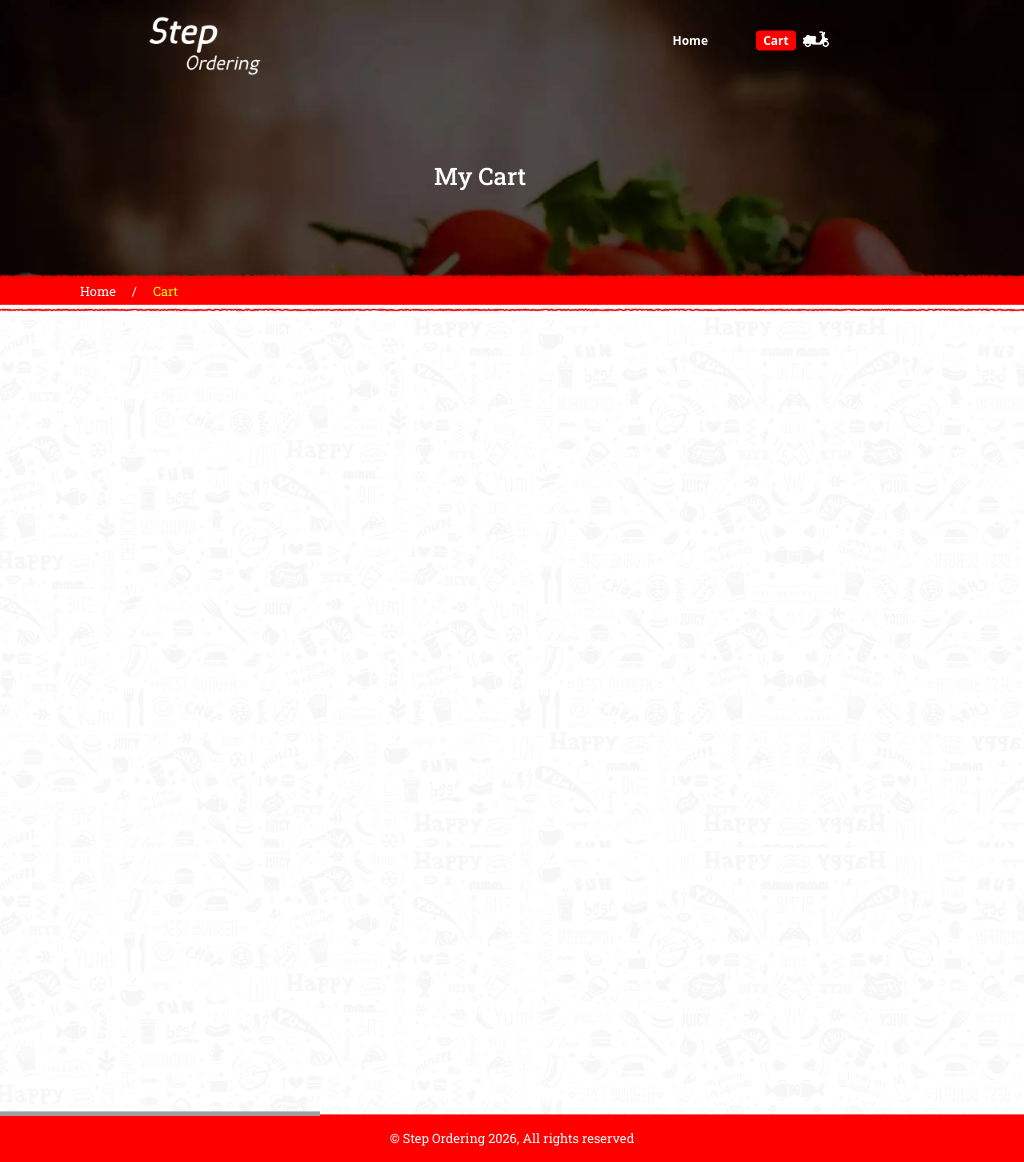
Repository: anastasia29-step/OnlineRestaurant
Page: Cart.html
An editor plug-in stored every save of this project. The page is shown before and after a run of saves, followed by the edit.
The browser window is 1280 px wide. The pictures show the whole page, at 80% of full size.
Pictures or frames that could not be fetched are drawn as grey boxes. Some web libraries are served in a nearby version.

Above is the page before, as saved 2026-03-11 20:58:03.

### Cart.html
<!DOCTYPE html>
<html lang="en">
<head>
    <meta charset="UTF-8">
    <meta name="viewport" content="width=device-width, initial-scale=1.0">
    <title>Document</title>
    <link rel="stylesheet" href="./cart.css">
    <link rel="stylesheet" href="./style.css">
    <link rel="preconnect" href="https://fonts.googleapis.com">
    <link rel="preconnect" href="https://fonts.gstatic.com" crossorigin>
    <link href="https://fonts.googleapis.com/css2?family=Roboto+Slab:wght@100..900&display=swap" rel="stylesheet">
    <link rel="stylesheet" href="https://cdnjs.cloudflare.com/ajax/libs/font-awesome/7.0.1/css/all.min.css"
    integrity="sha512-2SwdPD6INVrV/lHTZbO2nodKhrnDdJK9/kg2XD1r9uGqPo1cUbujc+IYdlYdEErWNu69gVcYgdxlmVmzTWnetw=="
    crossorigin="anonymous" referrerpolicy="no-referrer" />
</head>
<body>
    <section class="FirstLine">

        <div class="beside" id="navbar">
            <div class="left">
                <a href="./index.html"><img src="./photo/logo.png" alt=""></a>
            </div>

            <div class="right">
                <a href="./index.html">Home</a>
                <a href="./Cart.html" class="a">Cart</a>
                <a href="./Cart.html">
                    <img src="./photo/istockphoto-609074524-612x612 Background Removed.png" alt=""></a>
            </div>
        </div>

        <div class="bottom">
            <h1>My Cart</h1>
        </div>

    </section>

    <div class="fisrtimg">
        <img src="./photo/border.png" alt="" class="firBorder">
    </div>

    <section class="SecondLine">
        <a href="./index.html">Home</a>
        <p>/</p>
        <a href="./Cart.html">Cart</a>
    </section>

    <div class="secondimg">
        <img src="./photo/border.png" alt="" class="firBorder">
    </div>


    <footer>
            <p>© Step Ordering 2026, All rights reserved</p>
    </footer>
</body>
</html>

### cart.css
* {
    margin: 0;
    padding: 0;
    box-sizing: border-box;
    font-family: "Roboto Slab", serif;
}

body {
    background-image: url(./photo/cart_bg.jpg);
    background-position: center;
    background-size: contain;
}

section.SecondLine {
    background-color: #FF0000;
    height: 35px;
    display: flex;
    width: 100%;
    gap: 20px;
    padding-left: 100px;
    align-items: center;
    color: white;
    margin-top: -7px;
}

section.SecondLine a {
    text-decoration: none;
    color: white;
}

section.SecondLine a:nth-child(3) {
    color: yellow;
}

.fisrtimg {
    margin-top: -14px;

}

.fisrtimg img {
    width: 100%;
    height: 7px;
}

.secondimg {
    margin-top: 4px;

}

.secondimg img {
    width: 100%;
    margin-bottom: 1000px;
}

### style.css
* {
    margin: 0;
    padding: 0;
    box-sizing: border-box;
}

.section {
    display: flex;
    flex-direction: column;
    justify-content: center;
    align-items: center;
    padding: 60px;
    gap: 10px;
}

section.section img {
    width: 80%;
    height: 5px;
    display: flex;
    justify-content: center;
    align-items: center;
}

.section h1 {
    font-style: bold;
    font-family: "Roboto Slab", serif;
    font-weight: 900;
}

ul {
    display: flex;
    justify-content: center;
    height: 80px;
    flex-wrap: wrap;
    list-style: none;
    font-weight: 400;
    gap: 18px;
    font-family: system-ui, -apple-system, BlinkMacSystemFont, 'Segoe UI', Roboto, Oxygen, Ubuntu, Cantarell, 'Open Sans', 'Helvetica Neue', sans-serif;
    align-items: center;
    margin-bottom: -12px;
}

ul::after {
    content: "";
    display: block;
    height: 6px;
    background-image: url("border.png");
    background-repeat: repeat-x;
    background-position: bottom;
}

.FirstLine {
    height: 48vh;
    background-image: url(./photo/inner_banner.jpg);
    background-position: center;
    background-repeat: no-repeat;
    background-size: cover;
    padding-left: 170px;
    padding-top: 20px;
}

.beside {
    position: fixed;
    top: 0;
    left: 0;
    width: 100%;
    display: flex;
    justify-content: space-between;
    padding: 20px 170px;
    transition: 0.3s;
    z-index: 1000;
}

.beside.active {
    background: rgba(5, 5, 5, 0.8);
}

.beside.active::after {
    content: "";
    position: absolute;
    bottom: 0;
    left: 0;
    width: 100%;
    height: 100px;
    background-image: url("photo/border.png");
    background-repeat: repeat-x;
}

.beside .right {
    display: flex;
    gap: 20px;
    padding-right: 60px;
    padding-top: 20px;
}

.FirstLine .right :first-child:hover {
    color: #FFCC00;
}

.beside .right a {
    text-decoration: none;
    color: white;
    font-family: system-ui, -apple-system, BlinkMacSystemFont, 'Segoe UI', Roboto, Oxygen, Ubuntu, Cantarell, 'Open Sans', 'Helvetica Neue', sans-serif;
    font-size: 15px;
    font-weight: 700;
}

.beside .right .a {
    background-color: red;
    width: 50px;
    height: 25px;
    padding-top: 2px;
    text-align: center;
    border-radius: 5px;
    margin-top: -2px;
    margin-left: 40px;
}

.beside .right .a:hover+a img {
    transform: translateX(50px);
}

.beside .right img {
    width: 60px;
    margin-top: -21px;
    margin-left: -25px;
    transition: transform 3.0s;
}

.FirstLine .bottom h1 {
    text-align: center;
    color: white;
    margin-top: 180px;
    margin-right: 250px;
    font-size: 30px;
    font-weight: 500;
    font-family: "Roboto Slab", serif;
}

.section h1 {
    font-weight: 500;
    font-size: 35px;
}

ul li {
    height: 100%;
    font-size: 20px;
    cursor: pointer;
    transition: 0.5s;
    display: flex;
    flex-wrap: wrap;
    justify-content: center;
    align-items: center;
    padding: 5px;
    position: relative;
}

ul li:hover {
    background-color: red;
    color: white;
    position: relative;

}

ul li:hover::after {
    position: absolute;
    left: 0;
    right: 0;
    top: -4px;
    margin: auto;
    content: "";
    background: url(https://restaurant.stepprojects.ge/images/copyright_border.png);
    width: 100%;
    height: 6px;
    background-repeat: no-repeat;
}

ul li:hover::before {
    position: absolute;
    content: "";
    left: -4px;
    bottom: 0;
    top: 0;
    margin: auto;
    background: url(/photo/hover_Vbg.png);
    width: 6px;
}

.sectionCard {
    display: flex;
    width: 100%;
    padding: 60px;
    margin-top: -140px;
    justify-content: center;
}

.leftSide {
    width: 30%;
    padding: 40px;
    margin-left: 50px;
}

.filteredCard {
    width: 250px;
    height: 390px;
    display: flex;
    flex-direction: column;
    justify-content: space-between;
    align-items: center;
    padding: 20px;
    padding-bottom: 20px;
    background-color: #F1F1F1;
    border: 1px solid rgb(174, 172, 172);
    border-radius: 5px;
    font-family: system-ui, -apple-system, BlinkMacSystemFont, 'Segoe UI', Roboto, Oxygen, Ubuntu, Cantarell, 'Open Sans', 'Helvetica Neue', sans-serif;
    font-size: 18px;
    margin-left: 50px;

}

.filteredCard p {
    margin-top: -5px;
    margin-bottom: 10px;
}

.first {
    display: flex;
    width: 100%;
    justify-content: space-between;
}

.next {
    display: flex;
    align-items: center;
    text-align: center;
    width: 200px;
    height: 40px;
    gap: 10px;
    margin-top: -30px;
    margin-bottom: -10px;
}

.next .check {
    width: 20px;
    height: 20px;
    cursor: pointer;
    appearance: none;
    border: 2px solid grey;
    border-radius: 2px;
}
.next .check:checked {
    background-color: red;
    border: 2px solid red;
}
.next .check:checked::after {
    content: "✔";
    color: white;
    font-size: 14px;
    display: flex;
    justify-content: center;
    align-items: center;
}

.check:hover {
    border: 2px solid black;
}

.next p {
    font-size: 15px;
    margin-top: 5px;
}

.filteredCard button {
    height: 45px;
    width: 210px;
    background-color: #FF0000;
    color: white;
    border: none;
    border-radius: 5px;
    cursor: pointer;
    transition: 0.5s;
    font-size: 16px;
    font-family: system-ui, -apple-system, BlinkMacSystemFont, 'Segoe UI', Roboto, Oxygen, Ubuntu, Cantarell, 'Open Sans', 'Helvetica Neue', sans-serif;
    font-weight: 800;
}

.reset {
    margin-bottom: 25px;
}

.range {
    width: 90%;
    appearance: none;
    -webkit-appearance: none;
    margin-top: -40px;
}

.range::-webkit-slider-runnable-track {
    height: 10px;
    background: #FF0000;
    border-radius: 10px;
}

.range::-webkit-slider-thumb {
    appearance: none;
    -webkit-appearance: none;
    width: 20px;
    height: 20px;
    background-color: white;
    border-radius: 50%;
    border: 1px solid grey;
    cursor: pointer;
    margin-top: -6px;
}

.range::-moz-range-track {
    height: 6px;
    background-color: red;
    border-radius: 10px;
}

.range::-moz-range-thumb {
    width: 18px;
    height: 18px;
    background-color: white;
    border-radius: 50%;
    cursor: pointer;
}


.filteredCard button:hover {
    background-color: #FFCC00;
}

.rightSide {
    display: flex;
    justify-content: center;
    flex-wrap: wrap;
    padding: 40px;
    gap: 25px;
    margin-left: -150px;
}

.card {
    width: 250px;
    height: 420px;
    display: flex;
    flex-direction: column;
    align-items: center;
    justify-content: space-between;
    padding-bottom: 15px;
    border: 2px solid #CFCFCF;
    border-radius: 17px;
    cursor: pointer;
    transition: 0.5s;
    position: relative;
}

.card:hover {
    box-shadow: 0 0 20px black;
}
.card img {
    width: 100%;
    height: 202px;
    object-fit: cover;
    margin-top: -2px;
    border-top-left-radius: 17px;
    border-top-right-radius: 17px;
    background-color: #CFCFCF;
}

.card h1 {
    font-size: 20px;
    font-family: system-ui, -apple-system, BlinkMacSystemFont, 'Segoe UI', Roboto, Oxygen, Ubuntu, Cantarell, 'Open Sans', 'Helvetica Neue', sans-serif;
}

.sides {
    display: flex;
    justify-content: center;
    gap: 7px;
}

.checks {
    display: flex;
    gap: 3px;
}

.card .bottom {
    width: 100%;
    padding: 10px;
    display: flex;
    justify-content: space-between;
    align-items: center;
}

.card .bottom button {
    height: 38px;
    width: 104px;
    display: flex;
    justify-content: center;
    align-items: center;
    border: 2px double rgb(26, 26, 26);
    background-color: transparent;
    transition: 0.5s;
    cursor: pointer;
    position: relative;
}

.card .bottom button::before {
    content: "";
    top: -3px;
    left: -4px;
    position: absolute;
    background: url(/photo/bt_border.png);
    width: 108px;
    height: 42px;
}

.card .bottom button:hover {
    background-color: #FF0000;
    color: white;
    border: none;
}

.card .bottom button:hover::before {
    content: "";
    top: -3px;
    left: -4px;
    position: absolute;
    background: url(/photo/bt_hoverborder.png);
    width: 108px;
    height: 42px;
}

footer {
    background-color: #FF0000;
    height: 60px;
    width: 1200px;
    display: flex;
    justify-content: center;
    align-items: center;
    text-align: center;
    color: white;
    position: relative;
    float: left;
    width: 100%;
    padding: 18px;

}

footer::after {
    position: absolute;
    left: 0;
    right: 0;
    top: -4px;
    margin: auto;
    content: "";
    background: url(https://restaurant.stepprojects.ge/images/copyright_border.png);
    width: 100%;
    height: 6px;
    background-repeat: no-repeat;
}

After the next 6 saves:
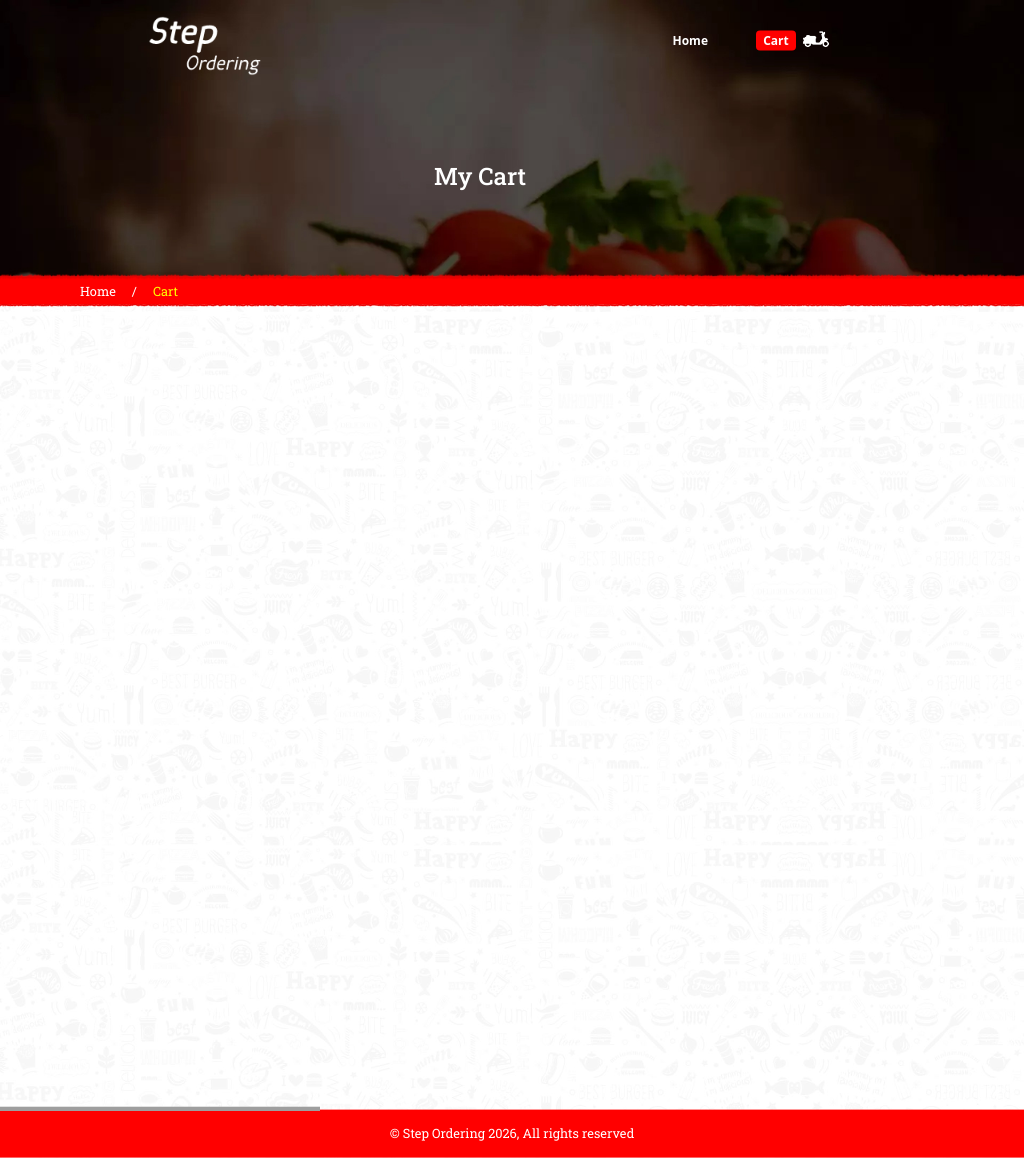
The 6 saves are shown as one change because they came seconds apart.
The last was saved 17 s later.
--- a/cart.css
+++ b/cart.css
@@ -43,7 +43,7 @@
 }
 
 .secondimg {
-    margin-top: 4px;
+    margin-top: -2px;
 
 }
 
